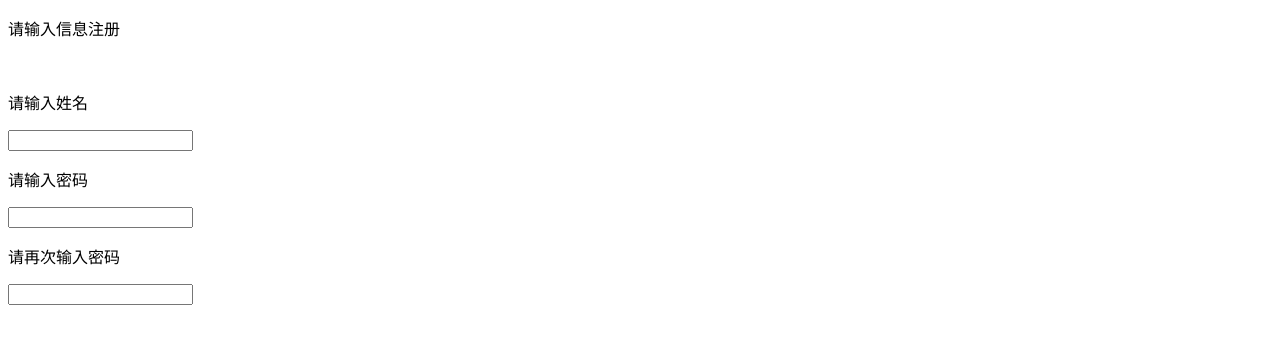
Repository: xienezheng/javaPractice
Page: javaweb/try2/WebContent/reg.html
The author's editor kept a copy of each file at every save. The page is drawn from the files as they stood at one save, then again after the next save.
The browser window is 1280 px wide. The pictures show the whole page.

Above is the page before, as saved 2017-04-23 08:49:24.

After the next save:
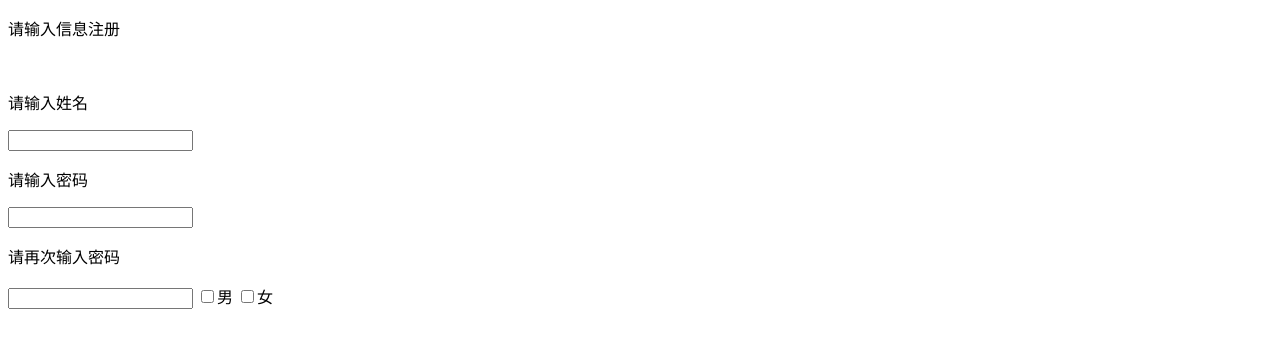
Saved 3 min 14 s later.
--- a/javaweb/try2/WebContent/reg.html
+++ b/javaweb/try2/WebContent/reg.html
@@ -23,6 +23,8 @@ left:200px;
 <input type="password"name="password1">
 <p>请再次输入密码</p>
 <input type="password"name="password2">
+<input type="checkbox"name="sex"value="man">男
+<input type="checkbox"name="sex"value="woman">女
 </form>
 </body>
 </html>
